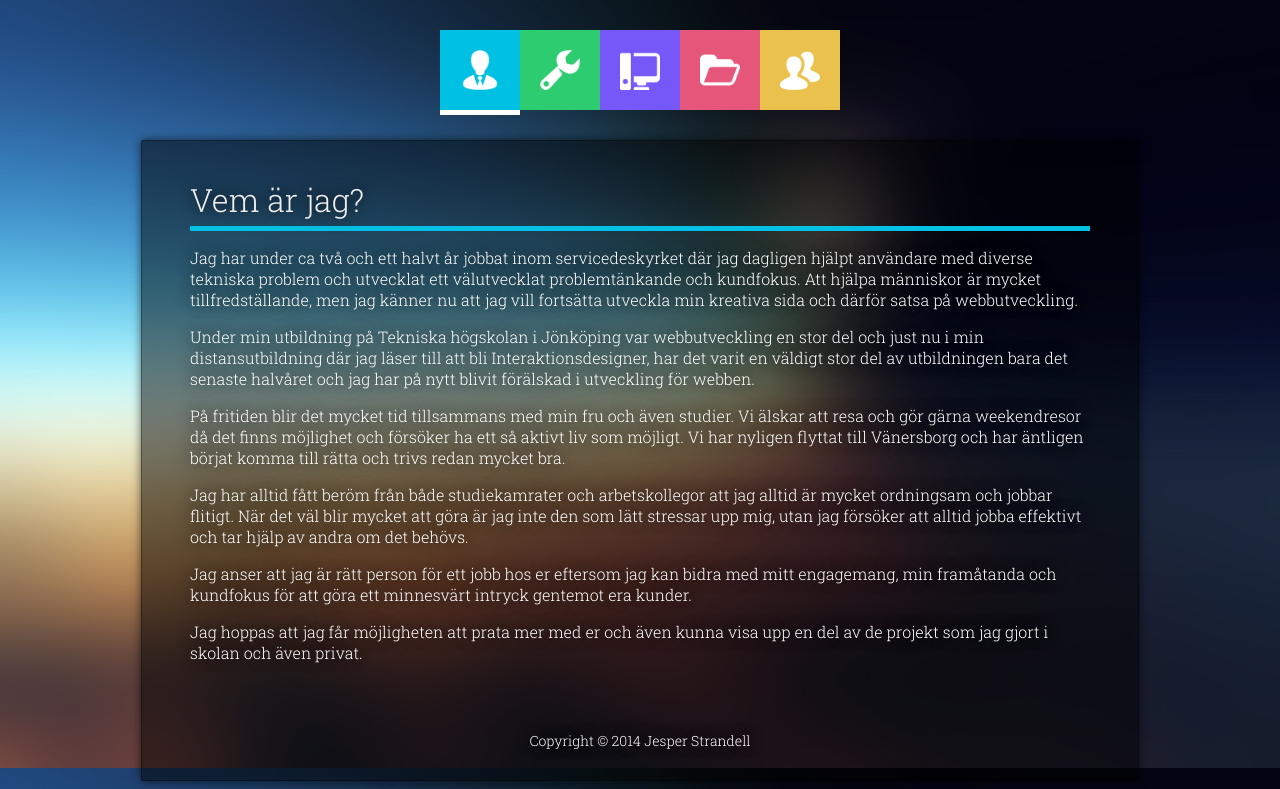
Repository: ja222vv/minipage
Page: index.html
The author's editor kept a record of every edit. The page is drawn from the files as they stood at one moment, then again after the next edit.
The browser window is 1280 px wide. The pictures show the whole page.
Backgrounds fixed to the window are drawn as part of the page.

Above is the page before.

After the next edit:
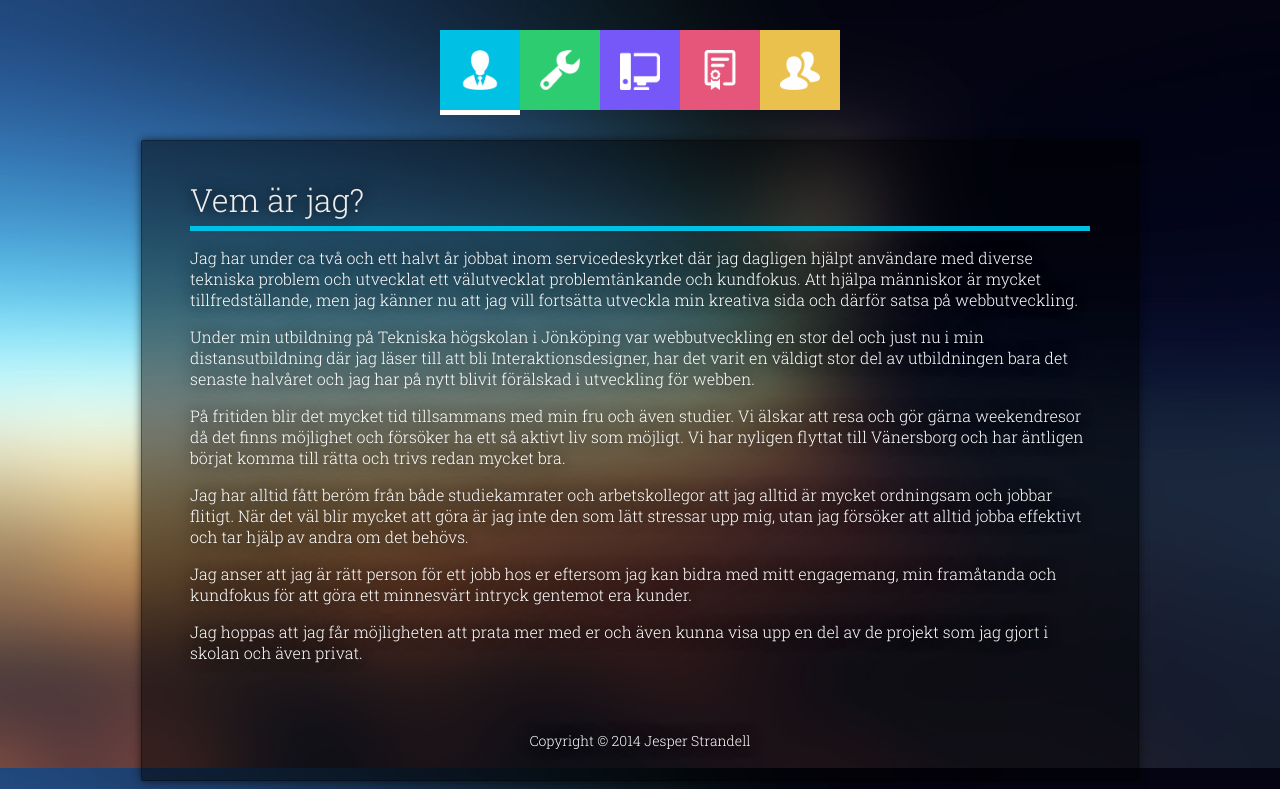
The edit:
--- a/index.html
+++ b/index.html
@@ -28,7 +28,7 @@
             </div>
             <div class="tile red shrink" id="portfolio">
             	<a href="pages/portfolio.html">
-            	<img src="css/pics/folder.png" class="icon" />
+            	<img src="css/pics/diploma.png" class="icon" />
             	<span class="title"></span>
             	</a>
             </div>
